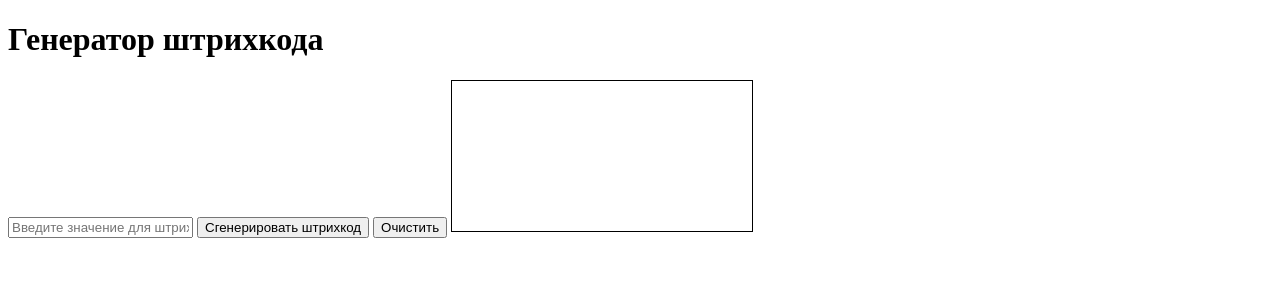
Repository: PavelBokun/barCode
Page: barcode2.html
These files come from the project's save history. The page is drawn as it stood at one moment and after the next save; the edit follows.
The browser window is 1280 px wide. The pictures show the whole page.

Above is the page before, as saved 2024-09-04 16:13:23.

### barcode2.html
<!DOCTYPE html>
<html lang="en">
<head>
<meta charset="UTF-8">
<meta name="viewport" content="width=device-width, initial-scale=1.0">
<title>Генератор штрихкода</title>
<!-- Подключаем библиотеку JsBarcode -->
<script src="https://cdn.jsdelivr.net/npm/jsbarcode@3.11.0/dist/JsBarcode.all.min.js"></script>
</head>
<body>
<h1>Генератор штрихкода</h1>
<input type="text" id="barcodeValue" placeholder="Введите значение для штрихкода">
<button onclick="generateBarcode()">Сгенерировать штрихкод</button>
<button onclick="clearBarcode()">Очистить</button>

<canvas id="barcode" style="border: 1px solid black;"></canvas>

<script>
function generateBarcode() {
    var barcodeValue = document.getElementById('barcodeValue').value;

    // Проверяем, что значение введено
    if (barcodeValue) {
        // Генерируем штрихкод
        JsBarcode("#barcode", barcodeValue, {
            format: "ean13",
            displayValue: true,
            fontSize: 14,
            width: 2,
            height: 50
        });
    } else {
        alert("Пожалуйста, введите значение для штрихкода.");
    }
}
//
function clearBarcode() {
    var canvas = document.getElementById('barcode');
    var ctx = canvas.getContext('2d');

    // Очистить canvas
    ctx.clearRect(0, 0, canvas.width, canvas.height);
}
</script>
</body>
</html>

After the next save:
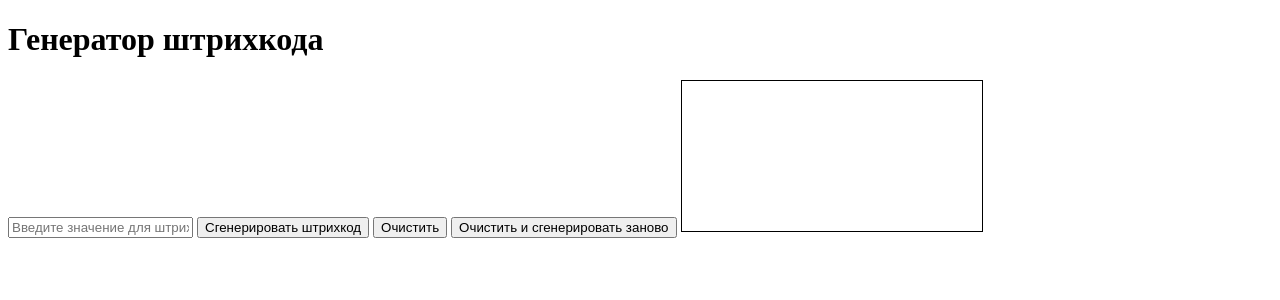
Saved 3 min 23 s later.
--- a/barcode2.html
+++ b/barcode2.html
@@ -12,6 +12,7 @@
 <input type="text" id="barcodeValue" placeholder="Введите значение для штрихкода">
 <button onclick="generateBarcode()">Сгенерировать штрихкод</button>
 <button onclick="clearBarcode()">Очистить</button>
+<button onclick="clearAndRegenerateBarcode()">Очистить и сгенерировать заново</button>
 
 <canvas id="barcode" style="border: 1px solid black;"></canvas>
 
